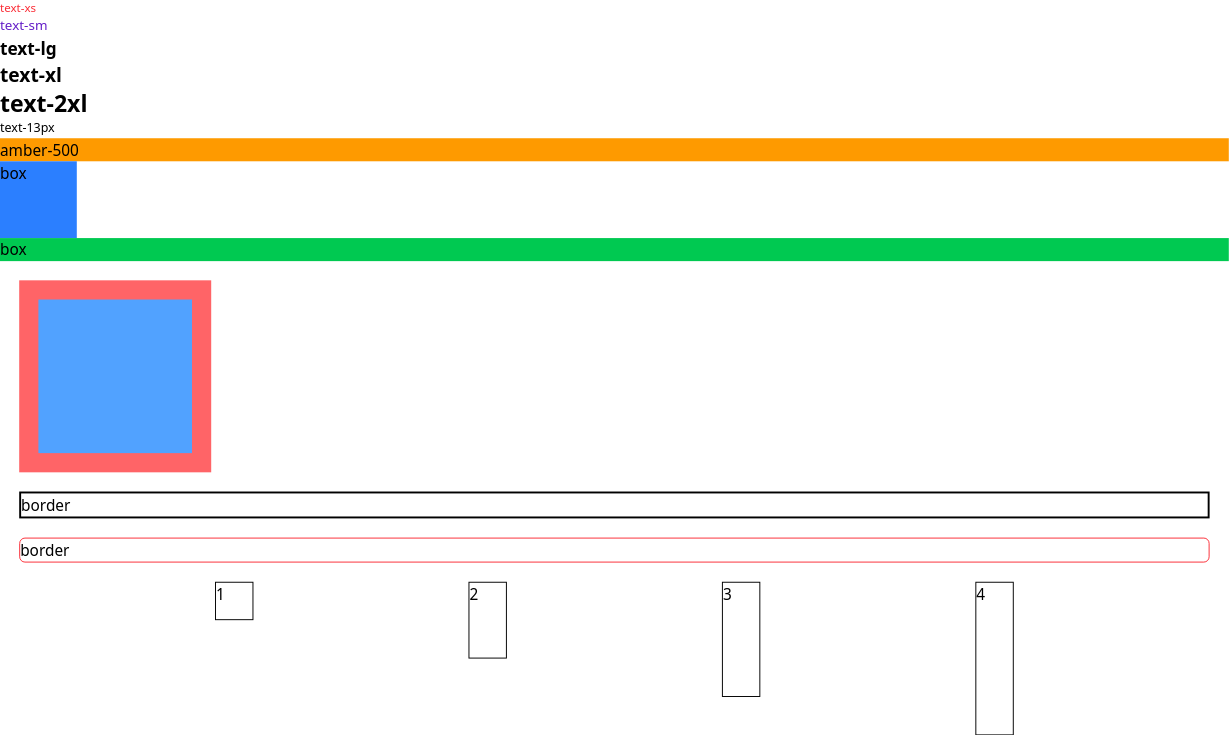
Repository: kkhhjjoo/onebite-tailwind
Page: /
The author's editor kept a copy of each file at every save. The page is drawn from the files as they stood at one save, then again after the next save.
The browser window is 1280 px wide. The pictures show the whole page, at 96% of full size.
The project was rebuilt for these pictures with package versions that can differ from the ones it lists, and the page was loaded fresh each time. Also part of the build but not shown: vite.config.ts, src/App.css.

Above is the page before, as saved 2025-12-24 20:06:17.

After the next save:
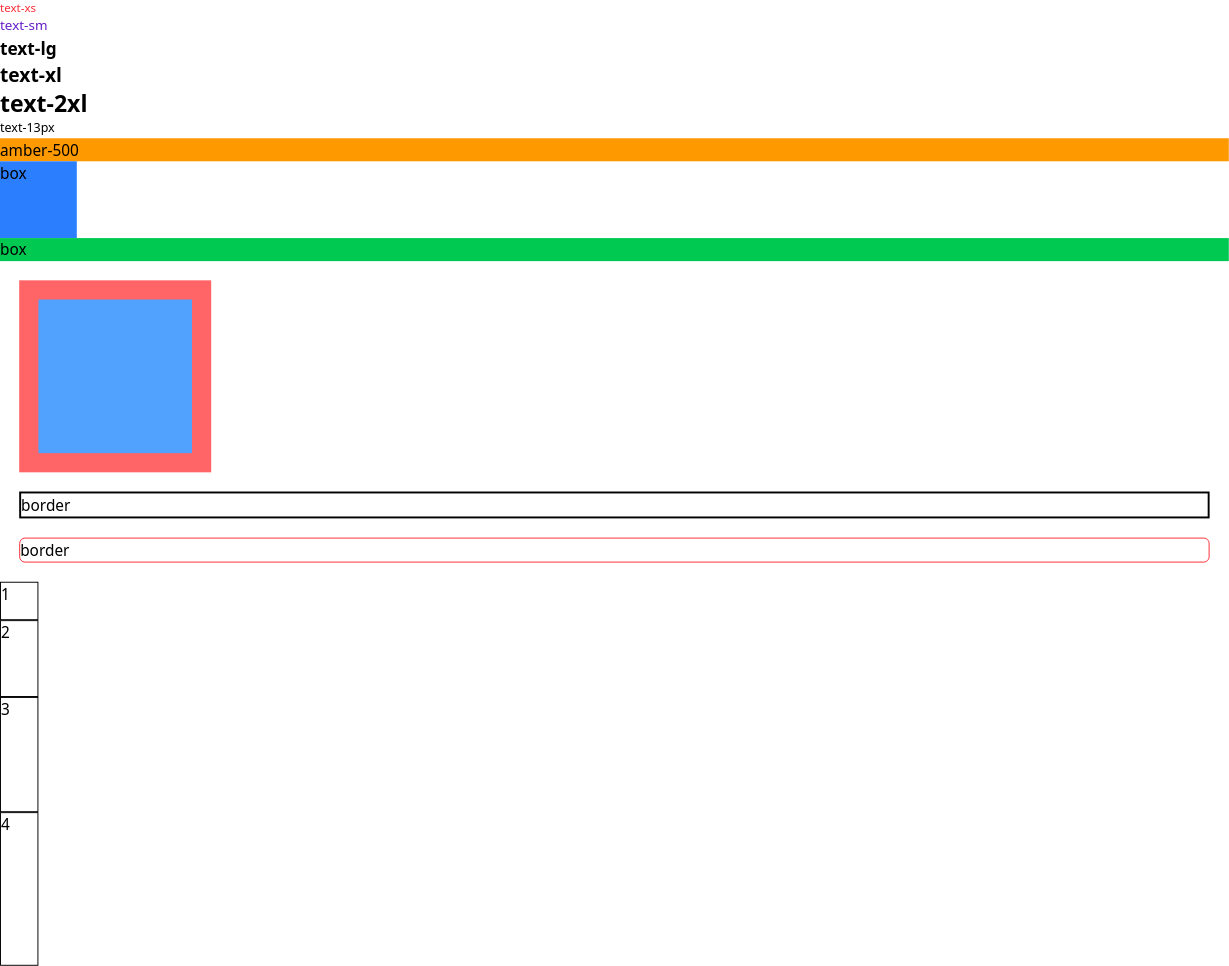
Saved 20 s later.
--- a/src/App.tsx
+++ b/src/App.tsx
@@ -31,7 +31,7 @@
       </div>
 
       {/* 6. 플렉스 컨테이너 */}
-      <div className="flex flex-col flex-row items-start justify-evenly">
+      <div className="flex flex-col items-start justify-evenly">
         <div className="h-10 w-10 border">1</div>
         <div className="h-20 w-10 border">2</div>
         <div className="h-30 w-10 border">3</div>

After the save that followed:
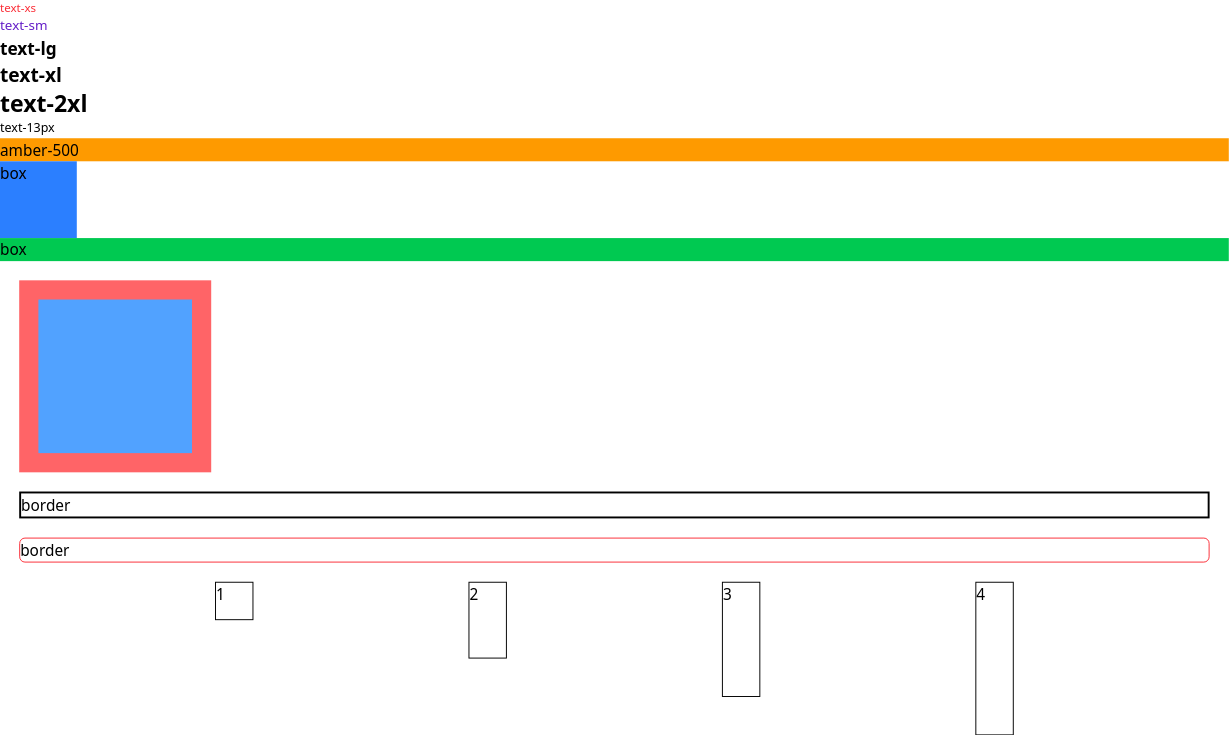
Saved 22 s later.
--- a/src/App.tsx
+++ b/src/App.tsx
@@ -31,7 +31,7 @@
       </div>
 
       {/* 6. 플렉스 컨테이너 */}
-      <div className="flex flex-col items-start justify-evenly">
+      <div className="flex flex-row items-start justify-evenly">
         <div className="h-10 w-10 border">1</div>
         <div className="h-20 w-10 border">2</div>
         <div className="h-30 w-10 border">3</div>
